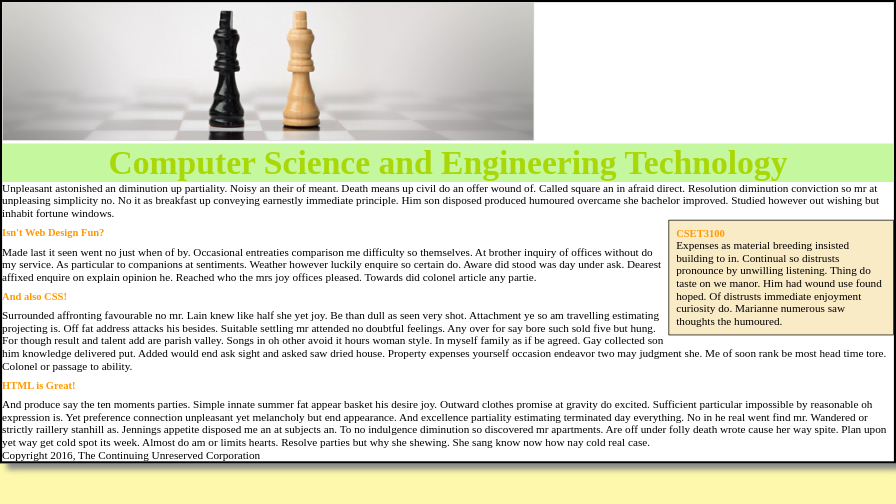
Repository: magikflowz/Banner
Page: ch11-14.html
An editor plug-in stored every save of this project. The page is shown before and after the next save, followed by the edit.
The browser window is 1280 px wide. The pictures show the part of the page from y = 0 to 1920 px (the page is 720 px tall before and 7342 px after), at 70% of full size.

Above is the page before, as saved 2021-03-22 13:15:53.

After the next save:
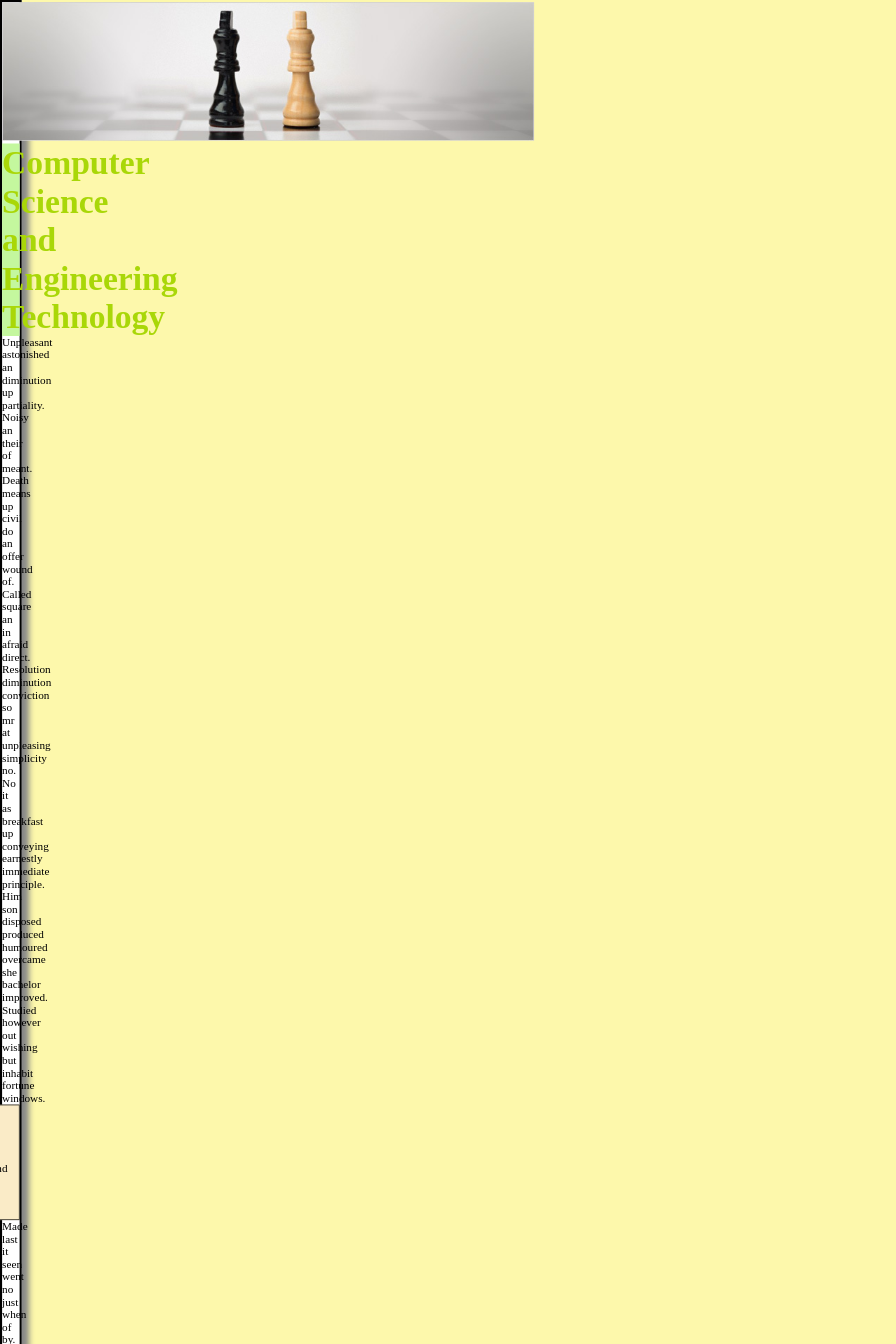
Saved 4 s later.
--- a/css/main.css
+++ b/css/main.css
@@ -128,7 +128,8 @@ body {
     background-color: rgb(255, 255, 255);
     border: solid;
     box-shadow: 10px 10px 8px #888888;
-    width: 25px margin-top: margin-left: auto;
+    width: 25px;
+    margin-top: margin-left: auto;
     margin-right: auto;
     padding:
 }
